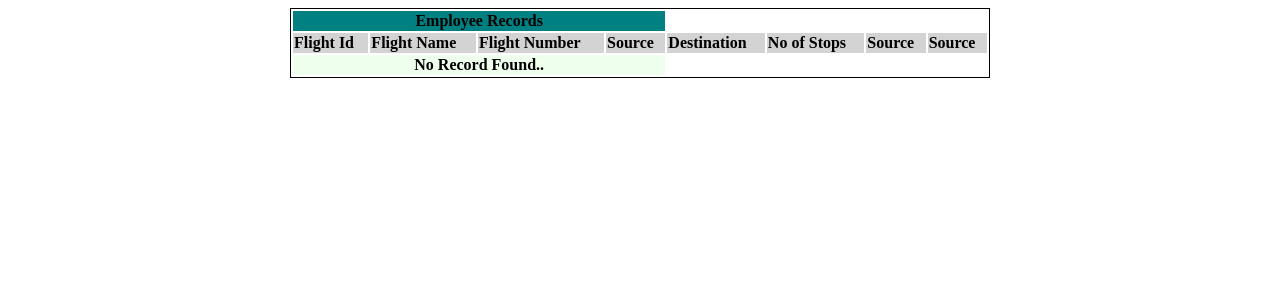
Repository: pawankas/Java_Mini_Project
Page: http://localhost/AirReservation/SearchView.jsp
The author's editor kept a copy of each file at every save. The page is drawn from the files as they stood at one save, then again after the next save.
The browser window is 1280 px wide. The pictures show the whole page.
The page is served by Tomcat 9. The template is opened directly, without the code that normally fills it, so the values that code supplies are empty.

Above is the page before, as saved 2022-03-16 05:38:51.

After the next save:
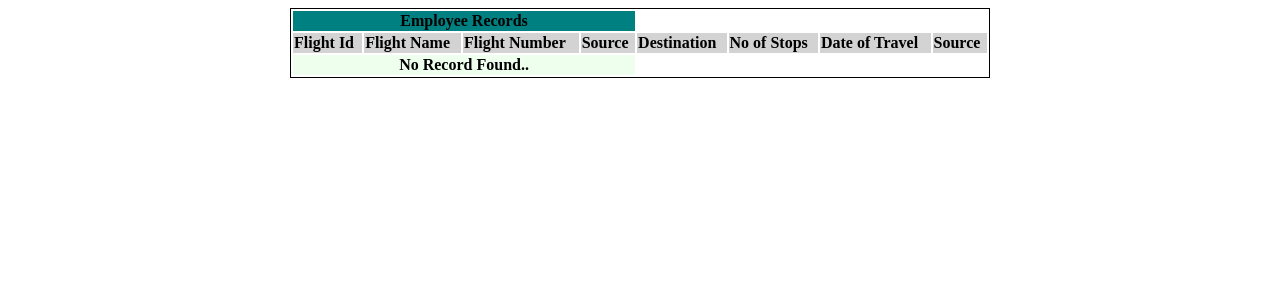
Saved 11 s later.
--- a/Mini_Project_Java/AirReservation/WebContent/SearchView.jsp
+++ b/Mini_Project_Java/AirReservation/WebContent/SearchView.jsp
@@ -19,7 +19,7 @@
                 <td><b>Source</b></td>
                 <td><b>Destination</b></td>
                 <td><b>No of Stops</b></td>
-                <td><b>Source</b></td>
+                <td><b>Date of Travel</b></td>
                 <td><b>Source</b></td>
             </tr>
             <%
